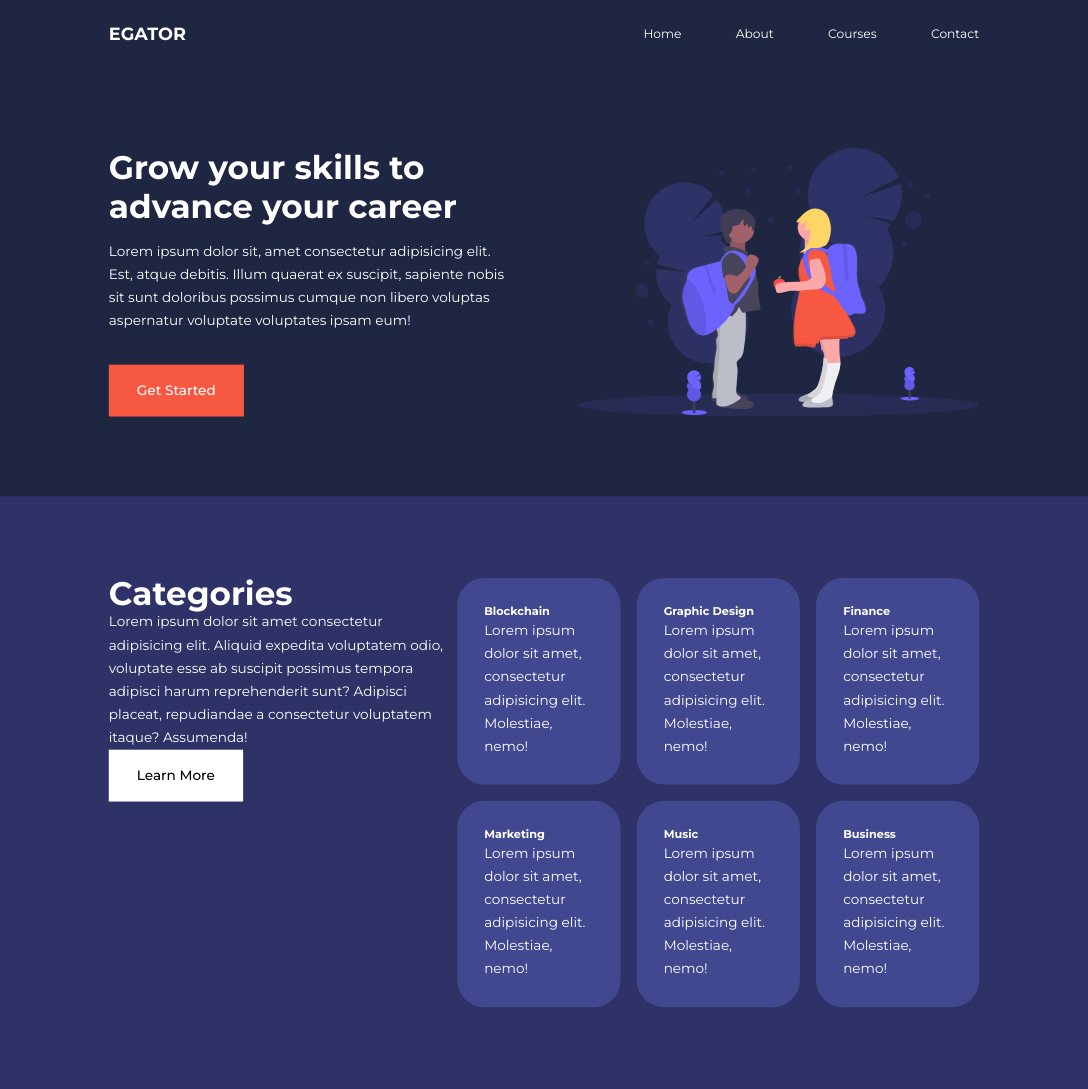
Repository: QUANGTHAI2003/education-web
Page: index.html
These files come from the project's save history. The page is drawn as it stood at one moment and after the next save; the edit follows.
The browser window is 1280 px wide. The pictures show the whole page, at 85% of full size.
Some icons come from a web library that is not loaded, so they are not drawn.

Above is the page before, as saved 2022-03-11 11:54:37.

### index.html
<!DOCTYPE html>
<html lang="en">
    <head>
        <meta charset="UTF-8" />
        <meta http-equiv="X-UA-Compatible" content="IE=edge" />
        <meta name="viewport" content="width=device-width, initial-scale=1.0" />
        <title>Responsive Multipage Education</title>
        <!-- ICONSCOUT CDN -->
        <link
            rel="stylesheet"
            href="https://unicons.iconscout.com/release/v2.1.6/css/unicons.css"
        />
        <!-- GOOGLE FONTS -->
        <link rel="preconnect" href="https://fonts.googleapis.com" />
        <link rel="preconnect" href="https://fonts.gstatic.com" crossorigin />
        <link
            href="https://fonts.googleapis.com/css2?family=Montserrat:wght@300;400;500;600;700;800;900&family=Poppins:wght@300;400;600&display=swap"
            rel="stylesheet"
        />

        <link rel="stylesheet" href="./css/style.css" />
    </head>
    <body>
        <nav>
            <div class="container nav__container">
                <a href="index.html">
                    <h4>EGATOR</h4>
                </a>
                <ul class="nav__menu">
                    <li><a href="index.html">Home</a></li>
                    <li><a href="about.html">About</a></li>
                    <li><a href="courses.html">Courses</a></li>
                    <li><a href="contact.html">Contact</a></li>
                </ul>
                <button id="open-menu-btn">
                    <i class="uil uil-bars"></i>
                </button>
                <button id="close-menu-btn">
                    <i class="uil uil-multiply"></i>
                </button>
            </div>
        </nav>
        <!-- END OF NAVBAR -->
        <header>
            <div class="container header__container">
                <div class="header__left">
                    <h1>Grow your skills to advance your career</h1>
                    <p>
                        Lorem ipsum dolor sit, amet consectetur adipisicing elit. Est, atque
                        debitis. Illum quaerat ex suscipit, sapiente nobis sit sunt doloribus
                        possimus cumque non libero voluptas aspernatur voluptate voluptates ipsam
                        eum!
                    </p>
                    <a href="courses.html" class="btn btn-primary">Get Started</a>
                </div>
                <div class="header__right">
                    <div class="header__right-image">
                        <img src="./images/header.svg" />
                    </div>
                </div>
            </div>
        </header>
        <!-- END OF HEADER -->
        <section class="categories">
            <div class="container categories__container">
                <div class="categories__left">
                    <h1>Categories</h1>
                    <p>
                        Lorem ipsum dolor sit amet consectetur adipisicing elit. Aliquid expedita
                        voluptatem odio, voluptate esse ab suscipit possimus tempora adipisci harum
                        reprehenderit sunt? Adipisci placeat, repudiandae a consectetur voluptatem
                        itaque? Assumenda!
                    </p>
                    <a href="#" class="btn">Learn More</a>
                </div>
                <div class="categories__right">
                    <article class="category">
                        <span class="category__icon">
                            <i class="uil uil-bitcoin-circle"></i>
                        </span>
                        <h5>Blockchain</h5>
                        <p>
                            Lorem ipsum dolor sit amet, consectetur adipisicing elit. Molestiae,
                            nemo!
                        </p>
                    </article>
                    <article class="category">
                        <span class="category__icon">
                            <i class="uil uil-palette"></i>
                        </span>
                        <h5>Graphic Design</h5>
                        <p>
                            Lorem ipsum dolor sit amet, consectetur adipisicing elit. Molestiae,
                            nemo!
                        </p>
                    </article>
                    <article class="category">
                        <span class="category__icon">
                            <i class="uil uil-usd-circle"></i>
                        </span>
                        <h5>Finance</h5>
                        <p>
                            Lorem ipsum dolor sit amet, consectetur adipisicing elit. Molestiae,
                            nemo!
                        </p>
                    </article>
                    <article class="category">
                        <span class="category__icon">
                            <i class="uil uil-megaphone"></i>
                        </span>
                        <h5>Marketing</h5>
                        <p>
                            Lorem ipsum dolor sit amet, consectetur adipisicing elit. Molestiae,
                            nemo!
                        </p>
                    </article>
                    <article class="category">
                        <span class="category__icon">
                            <i class="uil uil-music"></i>
                        </span>
                        <h5>Music</h5>
                        <p>
                            Lorem ipsum dolor sit amet, consectetur adipisicing elit. Molestiae,
                            nemo!
                        </p>
                    </article>
                    <article class="category">
                        <span class="category__icon">
                            <i class="uil uil-puzzle-piece"></i>
                        </span>
                        <h5>Business</h5>
                        <p>
                            Lorem ipsum dolor sit amet, consectetur adipisicing elit. Molestiae,
                            nemo!
                        </p>
                    </article>
                </div>
            </div>
        </section>
    </body>
</html>

### css/style.css
* {
    margin: 0;
    padding: 0;
    border: 0;
    outline: 0;
    text-decoration: none;
    list-style: none;
    box-sizing: border-box;
}

:root {
    --color-primary: #6c63ff;
    --color-success: #00bf8e;
    --color-warning: #f7c94b;
    --color-danger: #f75842;
    --color-danger-variant: rgba(247, 88, 66, 0.4);
    --color-white: #fff;
    --color-light: rgba(255, 255, 255, 0.7);
    --color-black: #000;
    --color-bg: #1f2641;
    --color-bg1: #2e3267;
    --color-bg2: #424890;

    --container-width-lg: 80%;
    --container-width-md: 90%;
    --container-width-sm: 94%;

    --transition: all 400ms ease;
}

body {
    font-family: 'Montserrat', sans-serif;
    line-height: 1.7;
    color: var(--color-white);
    background: var(--color-bg);
}

.container {
    width: var(--container-width-lg);
    margin: 0 auto;
}

section {
    padding: 6rem 0;
}

section h2 {
    text-align: center;
    margin-bottom: 4rem;
}

h1,
h2,
h3,
h4,
h5 {
    line-height: 1.2;
}

h1 {
    font-size: 2.4rem;
}

h2 {
    font-size: 2rem;
}

h3 {
    font-size: 1.3rem;
}

h4 {
    font-size: 1.3rem;
}

a {
    color: var(--color-white);
}

img {
    width: 100%;
    display: block;
    object-fit: cover;
}

.btn {
    display: inline-block;
    background: var(--color-white);
    color: var(--color-black);
    padding: 1rem 2rem;
    border: 1px solid transparent;
    font-weight: 500;
    transition: var(--transition);
}

.btn:hover {
    background: transparent;
    color: var(--color-white);
    border-color: var(--color-white);
}

.btn-primary {
    background: var(--color-danger);
    color: var(--color-white);
}

/* ================= NAVBAR =================*/
nav {
    background: transparent;
    width: 100vw;
    height: 5rem;
    position: fixed;
    top: 0;
    z-index: 11;
}

.nav__container {
    height: 100%;
    display: flex;
    justify-content: space-between;
    align-items: center;
}

nav button {
    display: none;
}

.nav__menu {
    display: flex;
    align-items: center;
    gap: 4rem;
}

.nav__menu a {
    font-size: 0.9rem;
    transition: var(--transition);
}

.nav__menu a:hover {
    color: var(--color-bg2);
}

/* ================= HEADER =================*/
header {
    position: relative;
    top: 5rem;
    overflow: hidden;
    height: 70vh;
    margin-bottom: 5rem;
}

.header__container {
    display: grid;
    grid-template-columns: repeat(2, 1fr);
    align-items: center;
    gap: 5rem;
    height: 100%;
}

.header__left p {
    margin: 1rem 0 2.4rem;
}

/* ================= CATEGORIES =================*/
.categories {
    background: var(--color-bg1);
}

.categories h1 {
    line-height: 1;
}

.categories__container {
    display: grid;
    grid-template-columns: 40% 60%;
}

. .categories__left p {
    margin: 1rem 0 3rem;
}

.categories__right {
    display: grid;
    grid-template-columns: repeat(3, 1fr);
    gap: 1.2rem;
}

.category {
    background: var(--color-bg2);
    padding: 2rem;
    border-radius: 2rem;
    transition: var(--transition);
}

.category:hover {
    box-shadow: 0 3rem 3rem rgba(0, 0, 0, 0.3);
}

After the next save:
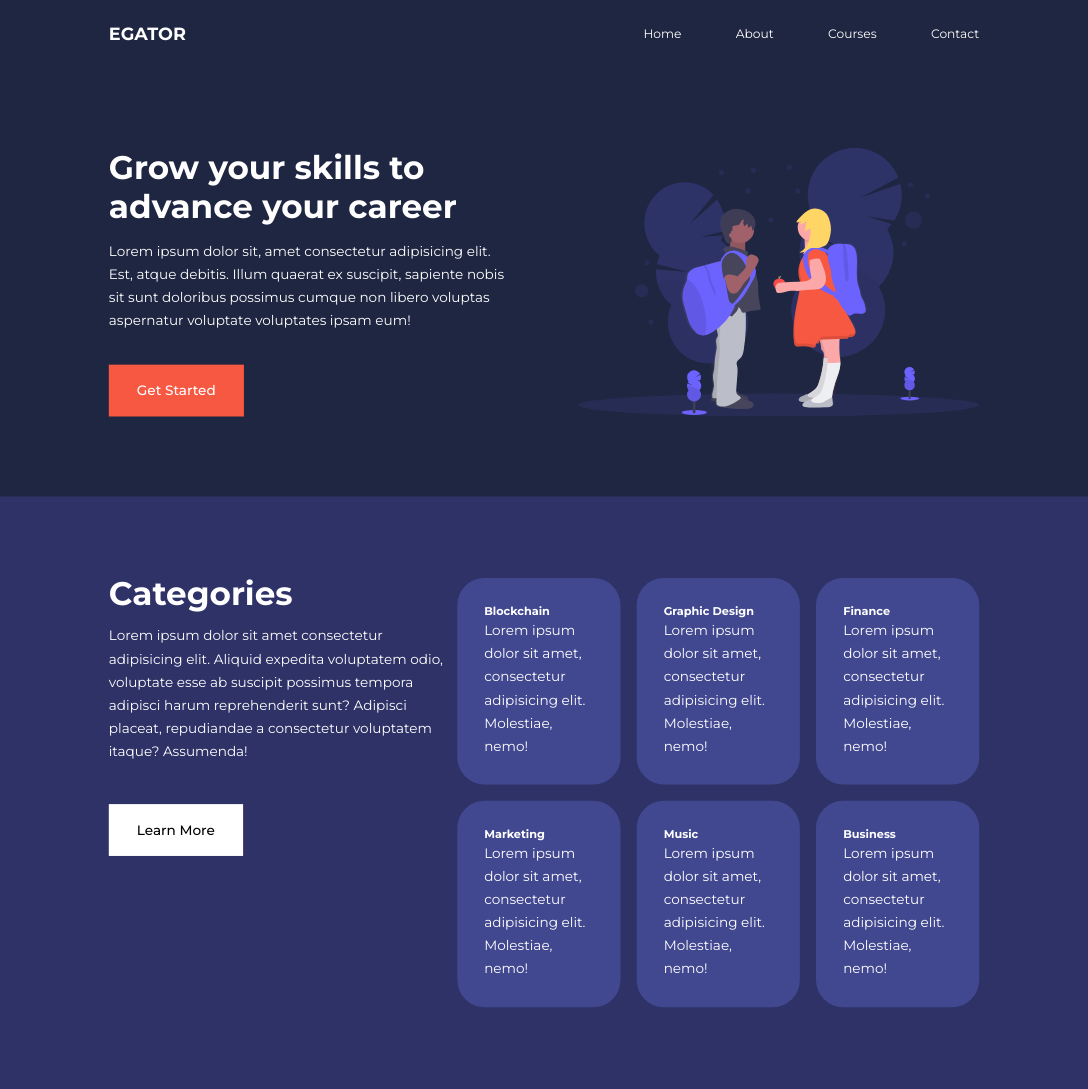
Saved 5 s later.
--- a/css/style.css
+++ b/css/style.css
@@ -175,7 +175,7 @@ header {
     grid-template-columns: 40% 60%;
 }
 
-. .categories__left p {
+.categories__left p {
     margin: 1rem 0 3rem;
 }
 
